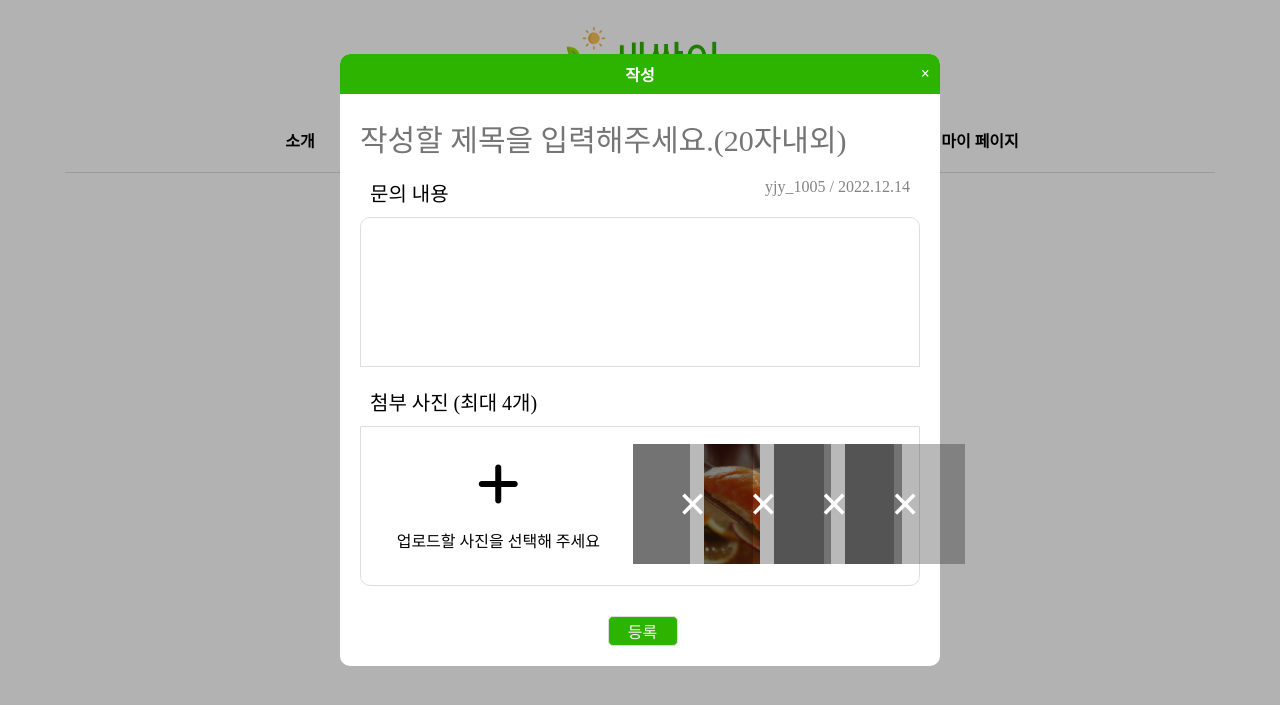
Repository: Seedye/Seedye
Page: team/src/main/webapp/html/board/board-write.html
An editor plug-in stored every save of this project. The page is shown before and after the next save, followed by the edit.
The browser window is 1280 px wide. The pictures show the whole page.
Pictures or frames that could not be fetched are drawn as grey boxes. Some web fonts or font styles are not loaded; a fallback is used. Some web libraries are served in a nearby version.

Above is the page before, as saved 2022-12-16 13:54:01.

After the next save:
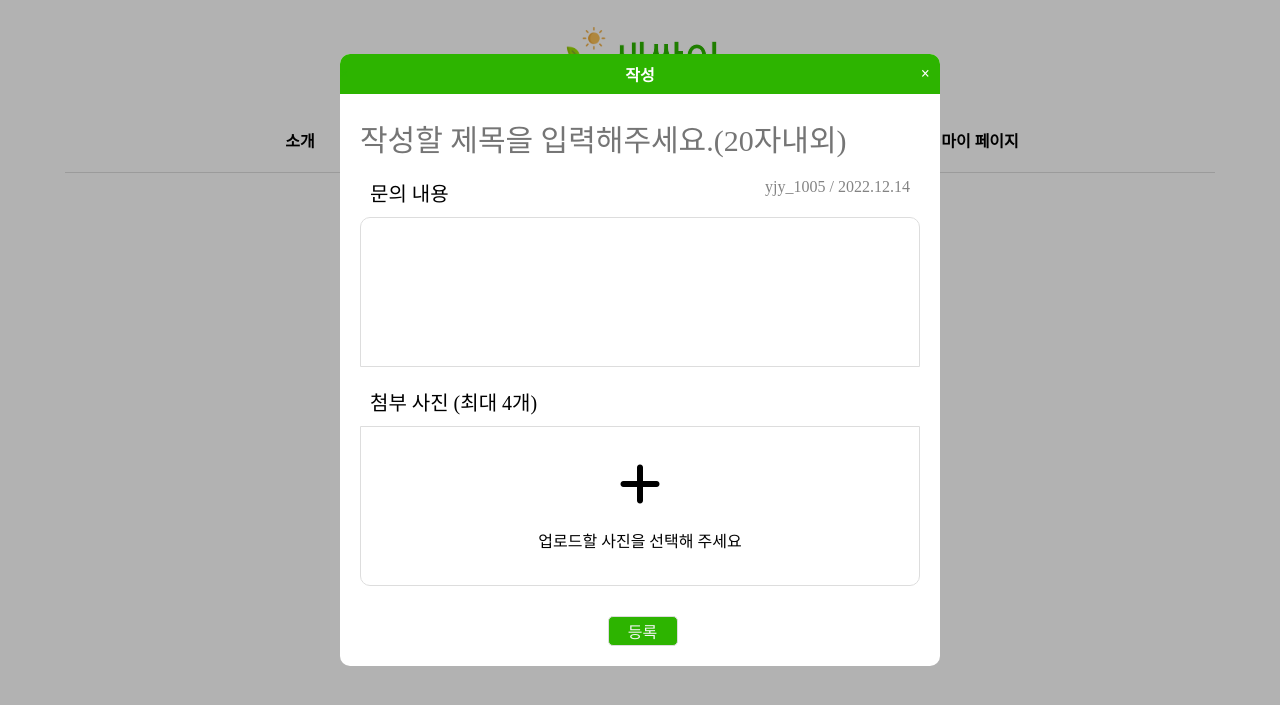
Saved 36 s later.
--- a/team/src/main/webapp/html/board/board-write.html
+++ b/team/src/main/webapp/html/board/board-write.html
@@ -82,7 +82,7 @@
                   <input type="file" id="inputFile" hidden>
                 </div>
                 <!-- 이미지미리보기 -->
-                <div class="board-view-content-img">
+                <!-- <div class="board-view-content-img">
                   <div class="board-Write-img-delete">&times;</div>
 
                   <img src="../../resources/images/게시판테스트img1.jpg" alt="">
@@ -98,7 +98,7 @@
                 <div class="board-view-content-img">
                   <div class="board-Write-img-delete">&times;</div>
                   <img src="../../resources/images/게시판테스트img3.jpg" alt="">
-                </div>
+                </div> -->
 
               </div>
 
